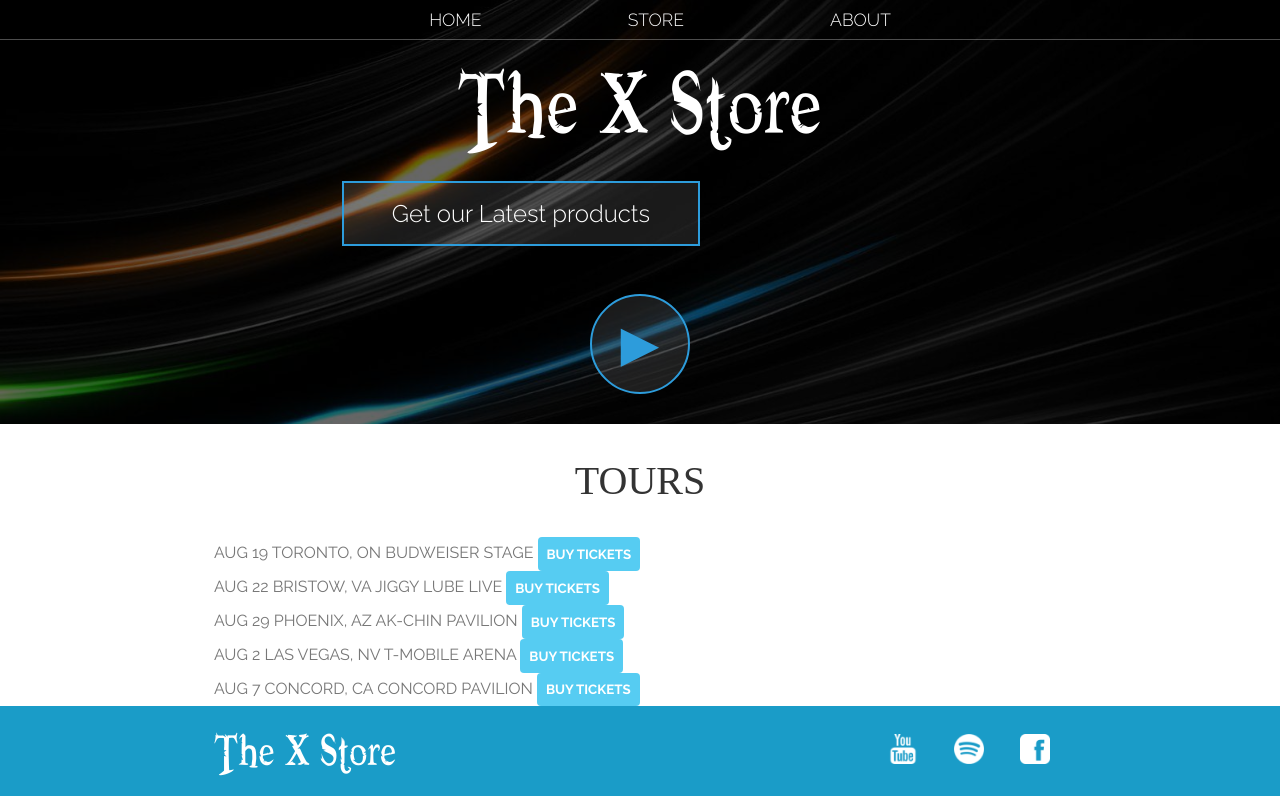
Repository: RL20/Strip_N_Shopping-cart
Page: index.html
The author's editor kept a copy of each file at every save. The page is drawn from the files as they stood at one save, then again after the next save.
The browser window is 1280 px wide. The pictures show the whole page.
Some web fonts or font styles are not loaded; a fallback is used.

Above is the page before, as saved 2022-08-18 19:06:32.

After the next save:
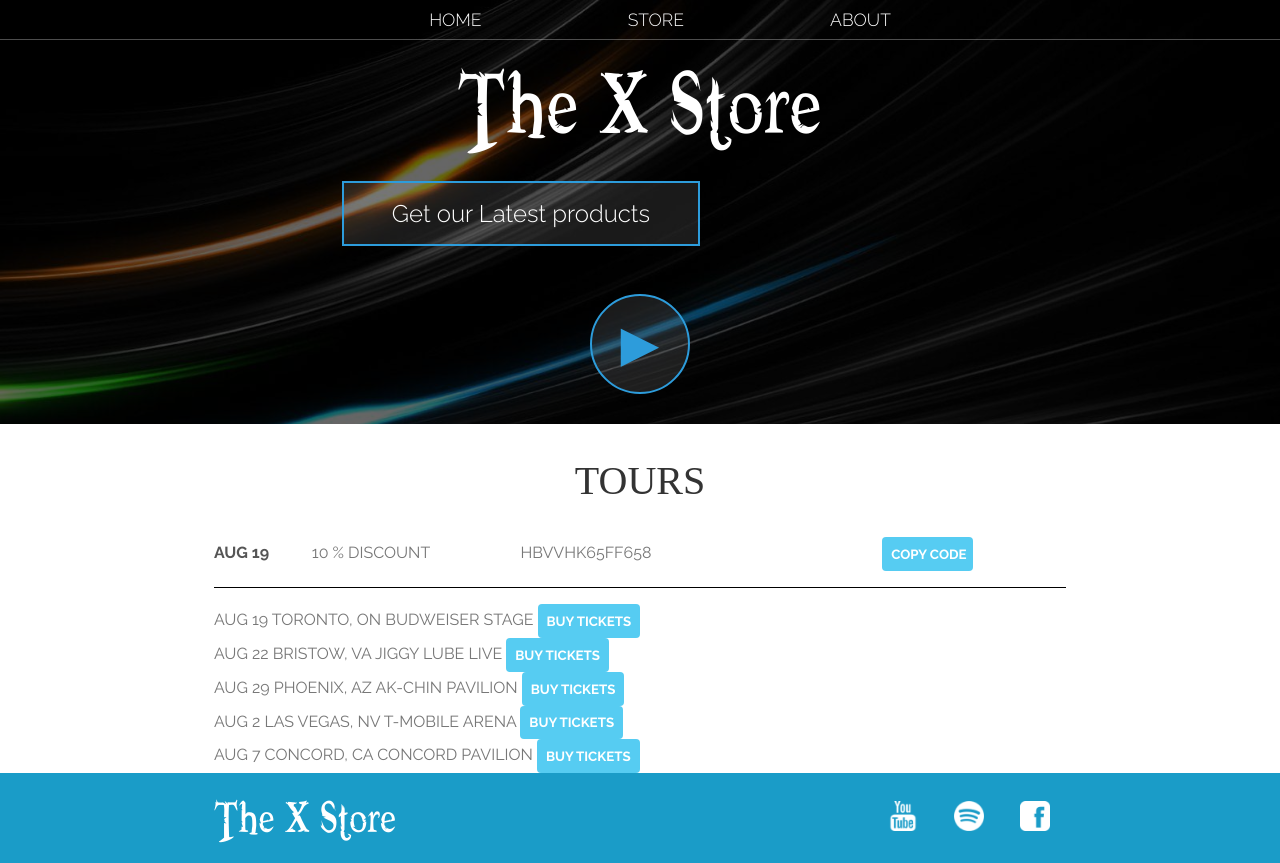
Saved 42 s later.
--- a/index.html
+++ b/index.html
@@ -23,6 +23,12 @@
     <section class="content-section container">
       <h2 class="section-header">TOURS</h2>
       <div>
+        <div class="info-row">
+          <span class="info-item info-date">AUG 19</span>
+          <span class="info-item info-percent">10 % DISCOUNT</span>
+          <span class="info-item info-coupon">HBVVHK65FF658</span>
+          <button type="button" class="info-item info-btn btn btn-primary">COPY CODE</button>
+        </div>
         <div class="tour-row">
           <span class="tour-item tour-date">AUG 19</span>
           <span class="tour-item tour-city">TORONTO, ON</span>
